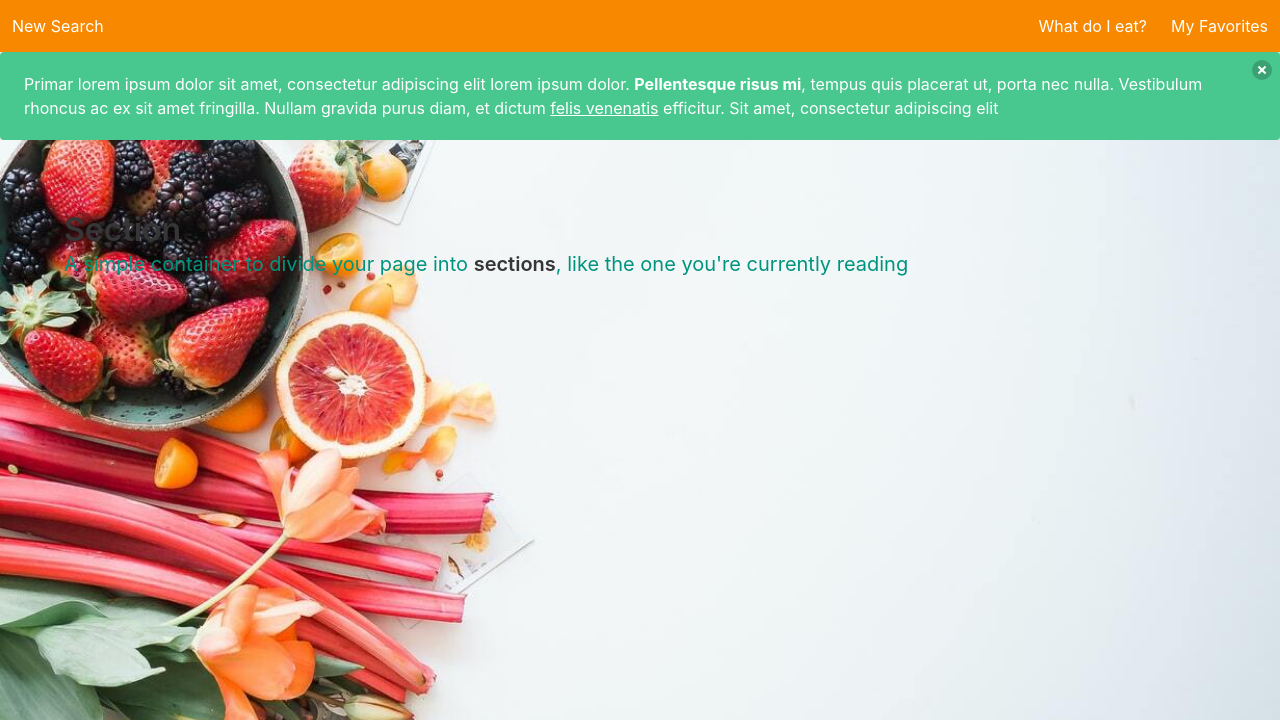
Repository: puakehaulani/the-hungry-app-proj1
Page: assets/style/Results.html
An editor plug-in stored every save of this project. The page is shown before and after the next save, followed by the edit.
The browser window is 1280 px wide. The pictures show the whole page.

Above is the page before, as saved 2020-10-15 19:13:38.

After the next save:
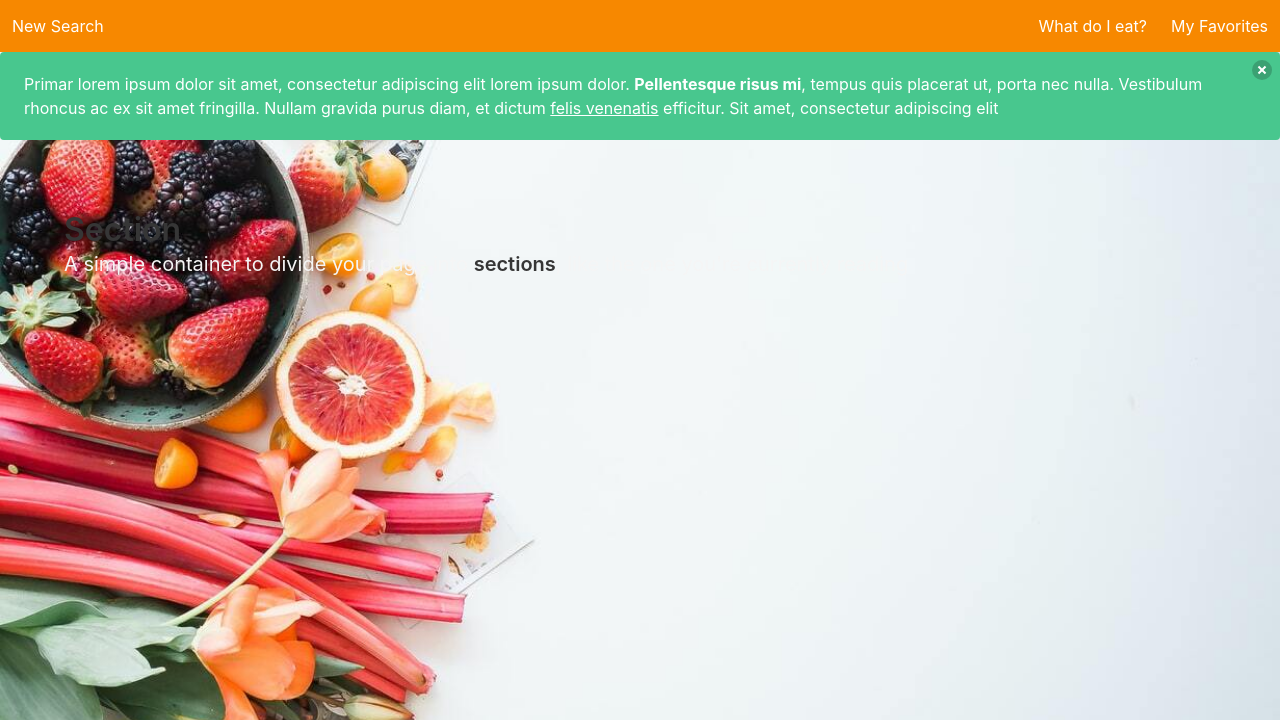
Saved 2 min 30 s later.
--- a/assets/style/Results.html
+++ b/assets/style/Results.html
@@ -37,7 +37,7 @@
         <section class="section">
           <div class="container">
             <h1 class="title">Section</h1>
-            <h2 class="subtitle has-text-primary-dark">
+            <h2 class="subtitle has-text-light">
               A simple container to divide your page into <strong>sections</strong>, like the one you're currently reading
             </h2>
           </div>
